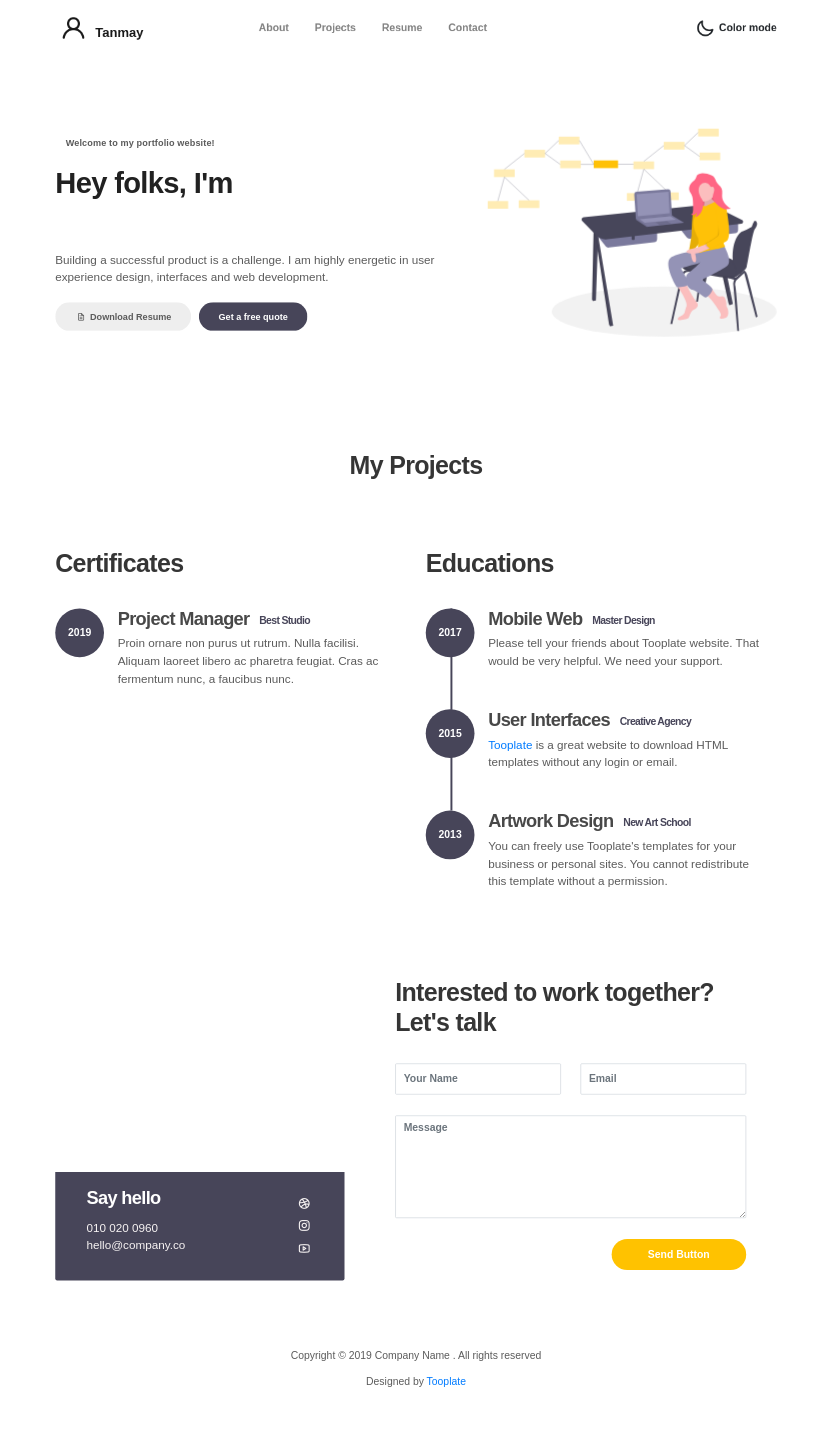
Repository: Tanmay-Kayande/Myportfolio
Page: http://localhost/myproject/
An editor plug-in stored every save of this project. The page is shown before and after the next save, followed by the edit.
The browser window is 1280 px wide. The pictures show the whole page, at 65% of full size.
Pictures or frames that could not be fetched are drawn as grey boxes. Some web fonts or font styles are not loaded; a fallback is used. The page is served by Tomcat 9. Other server files are loaded and not shown.

Above is the page before, as saved 2024-02-13 10:07:50.

### myproject/src/main/webapp/index.jsp
<!doctype html>
<%@page import="com.pojo.Projectpojo"%>
<%@page import="java.util.ArrayList"%>
<%@page import="com.dao.ProjectDao"%>
<html lang="en">
<head>
<meta charset="utf-8">
<meta name="viewport"
	content="width=device-width, initial-scale=1, shrink-to-fit=no">
<meta name="description" content="">
<meta name="author" content="">

<title>Tanmay's Portfolio</title>

<link rel="stylesheet" href="css/bootstrap.min.css">
<link rel="stylesheet" href="css/unicons.css">
<link rel="stylesheet" href="css/owl.carousel.min.css">
<link rel="stylesheet" href="css/owl.theme.default.min.css">

<!-- MAIN STYLE -->
<link rel="stylesheet" href="css/tooplate-style.css">


</head>

<%@include file="message.jsp"%>

<body>

	<!-- MENU -->
	<nav class="navbar navbar-expand-sm navbar-light">
		<div class="container">
			<a class="navbar-brand" href="index.html"><i class='uil uil-user'></i>
				Tanmay</a>

			<button class="navbar-toggler" type="button" data-toggle="collapse"
				data-target="#navbarNav" aria-controls="navbarNav"
				aria-expanded="false" aria-label="Toggle navigation">
				<span class="navbar-toggler-icon"></span> <span
					class="navbar-toggler-icon"></span> <span
					class="navbar-toggler-icon"></span>
			</button>

			<div class="collapse navbar-collapse" id="navbarNav">
				<ul class="navbar-nav mx-auto">
					<li class="nav-item"><a href="#about" class="nav-link"><span
							data-hover="About">About</span></a></li>
					<li class="nav-item"><a href="#project" class="nav-link"><span
							data-hover="Projects">Projects</span></a></li>
					<li class="nav-item"><a href="#resume" class="nav-link"><span
							data-hover="Resume">Resume</span></a></li>
					<li class="nav-item"><a href="#contact" class="nav-link"><span
							data-hover="Contact">Contact</span></a></li>
				</ul>

				<ul class="navbar-nav ml-lg-auto">
					<div class="ml-lg-4">
						<div
							class="color-mode d-lg-flex justify-content-center align-items-center">
							<i class="color-mode-icon"></i> Color mode
						</div>
					</div>
				</ul>
			</div>
		</div>
	</nav>

	<!-- ABOUT -->
	<section
		class="about full-screen d-lg-flex justify-content-center align-items-center"
		id="about">
		<div class="container">
			<div class="row">

				<div class="col-lg-7 col-md-12 col-12 d-flex align-items-center">
					<div class="about-text">
						<small class="small-text">Welcome to <span
							class="mobile-block">my portfolio website!</span></small>
						<h1 class="animated animated-text">
							<span class="mr-2">Hey folks, I'm</span>
							<div class="animated-info">
								<span class="animated-item">Tanmay Kayande</span> <span
									class="animated-item">Java Developer</span> <span
									class="animated-item">Fresher</span>
							</div>
						</h1>

						<p>Building a successful product is a challenge. I am highly
							energetic in user experience design, interfaces and web
							development.</p>

						<div class="custom-btn-group mt-4">
							<a href="#" class="btn mr-lg-2 custom-btn"><i
								class='uil uil-file-alt'></i> Download Resume</a> <a href="#contact"
								class="btn custom-btn custom-btn-bg custom-btn-link">Get a
								free quote</a>
						</div>
					</div>
				</div>

				<div class="col-lg-5 col-md-12 col-12">
					<div class="about-image svg">
						<img src="images/undraw/undraw_software_engineer_lvl5.svg"
							class="img-fluid" alt="svg image">
					</div>
				</div>

			</div>
		</div>
	</section>

	<!-- PROJECTS -->
	<section class="project py-5" id="project">
		<div class="container">

			<div class="row">
				<div class="col-lg-11 text-center mx-auto col-12">

					<div class="col-lg-8 mx-auto">
						<h2>My Projects</h2>
					</div>

					<div class="owl-carousel owl-theme">
						<!-- loop -->

						<%
						ArrayList<Object> al = new ProjectDao().read();

						for (int i = al.size() - 1; i >= 0; i--) {
							Projectpojo p = (Projectpojo) al.get(i);
						%>

						<div class="item">
							<div class="project-info">
								<img src="images/myprojects/<%=p.getFilename()%>"
									class="img-fluid" alt="project image"
									style="max-width: 900px; max-height: 500px; margin: auto; display: block;">
							</div>
						</div>

						<%
						}
						%>

						<!--  <div class="item">
                          <div class="project-info">
                            <img src="images/myprojects/2024-01-24T121206.905543200FIMO_1680350505253.jpg" class="img-fluid" alt="project image">
                          </div>
                        </div>

                        <div class="item">
                          <div class="project-info">
                            <img src="images/project/project-image03.png" class="img-fluid" alt="project image">
                          </div>
                        </div>

                        <div class="item">
                          <div class="project-info">
                            <img src="images/project/project-image04.png" class="img-fluid" alt="project image">
                          </div>
                        </div>

                        <div class="item">
                          <div class="project-info">
                            <img src="images/project/project-image05.png" class="img-fluid" alt="project image">
                          </div>
                        </div>
                      </div> -->

					</div>
				</div>
			</div>
	</section>

	<!-- FEATURES -->
	<section
		class="resume py-5 d-lg-flex justify-content-center align-items-center"
		id="resume">
		<div class="container">
			<div class="row">

				<div class="col-lg-6 col-12">
					<h2 class="mb-4">Certificates</h2>

					<div class="timeline">
						<div class="timeline-wrapper">
							<div class="timeline-yr">
								<span>2019</span>
							</div>
							<div class="timeline-info">
								<h3>
									<span>Project Manager</span><small>Best Studio</small>
								</h3>
								<p>Proin ornare non purus ut rutrum. Nulla facilisi. Aliquam
									laoreet libero ac pharetra feugiat. Cras ac fermentum nunc, a
									faucibus nunc.</p>
							</div>
						</div>

						<!-- <div class="timeline-wrapper">
							<div class="timeline-yr">
								<span>2018</span>
							</div>
							<div class="timeline-info">
								<h3>
									<span>UX Designer</span><small>Digital Ace</small>
								</h3>
								<p>Fusce rutrum augue id orci rhoncus molestie. Nunc auctor
									dignissim lacus vel iaculis.</p>
							</div>
						</div>

						<div class="timeline-wrapper">
							<div class="timeline-yr">
								<span>2016</span>
							</div>
							<div class="timeline-info">
								<h3>
									<span>UI Freelancer
								</h3>
								<p>Sed fringilla vitae enim sit amet cursus. Sed cursus
									dictum tortor quis pharetra. Pellentesque habitant morbi
									tristique senectus et netus et malesuada fames ac turpis
									egestas.</p>
							</div>
						</div>

						<div class="timeline-wrapper">
							<div class="timeline-yr">
								<span>2014</span>
							</div>
							<div class="timeline-info">
								<h3>
									<span>Junior Designer<small>Crafted Co.</small>
								</h3>
								<p>Cras scelerisque scelerisque condimentum. Nullam at
									volutpat mi. Nunc auctor ipsum eget magna consequat viverra.</p>
							</div>
						</div> -->

					</div>
				</div>

				<div class="col-lg-6 col-12">
					<h2 class="mb-4 mobile-mt-2">Educations</h2>

					<div class="timeline">
						<div class="timeline-wrapper">
							<div class="timeline-yr">
								<span>2017</span>
							</div>
							<div class="timeline-info">
								<h3>
									<span>Mobile Web</span><small>Master Design</small>
								</h3>
								<p>Please tell your friends about Tooplate website. That
									would be very helpful. We need your support.</p>
							</div>
						</div>

						<div class="timeline-wrapper">
							<div class="timeline-yr">
								<span>2015</span>
							</div>
							<div class="timeline-info">
								<h3>
									<span>User Interfaces</span><small>Creative Agency</small>
								</h3>
								<p>
									<a rel="nofollow" href="https://www.facebook.com/tooplate">Tooplate</a>
									is a great website to download HTML templates without any login
									or email.
								</p>
							</div>
						</div>

						<div class="timeline-wrapper">
							<div class="timeline-yr">
								<span>2013</span>
							</div>
							<div class="timeline-info">
								<h3>
									<span>Artwork Design</span><small>New Art School</small>
								</h3>
								<p>You can freely use Tooplate's templates for your business
									or personal sites. You cannot redistribute this template
									without a permission.</p>
							</div>
						</div>

					</div>
				</div>

			</div>
		</div>
	</section>

	<!-- CONTACT -->
	<section class="contact py-5" id="contact">
		<div class="container">
			<div class="row">

				<div class="col-lg-5 mr-lg-5 col-12">
					<div class="google-map w-100">
						<iframe
							src="https://www.google.com/maps/embed?pb=!1m18!1m12!1m3!1d12088.558402180099!2d-73.99373482142036!3d40.75895421922642!2m3!1f0!2f0!3f0!3m2!1i1024!2i768!4f13.1!3m3!1m2!1s0x89c25855b8fb3083%3A0xa0f9aef176042a5c!2sTheater+District%2C+New+York%2C+NY%2C+USA!5e0!3m2!1sen!2smm!4v1549875377188"
							width="400" height="300" frameborder="0" style="border: 0"
							allowfullscreen></iframe>
					</div>

					<div
						class="contact-info d-flex justify-content-between align-items-center py-4 px-lg-5">
						<div class="contact-info-item">
							<h3 class="mb-3 text-white">Say hello</h3>
							<p class="footer-text mb-0">010 020 0960</p>
							<p>
								<a href="mailto:hello@company.co">hello@company.co</a>
							</p>
						</div>

						<ul class="social-links">
							<li><a href="#" class="uil uil-dribbble"
								data-toggle="tooltip" data-placement="left" title="Dribbble"></a></li>
							<li><a href="#" class="uil uil-instagram"
								data-toggle="tooltip" data-placement="left" title="Instagram"></a></li>
							<li><a href="#" class="uil uil-youtube"
								data-toggle="tooltip" data-placement="left" title="Youtube"></a></li>
						</ul>
					</div>
				</div>

				<div class="col-lg-6 col-12">
					<div class="contact-form">
						<h2 class="mb-4">Interested to work together? Let's talk</h2>

						<form action="Message" method="post">
							<div class="row">
								<div class="col-lg-6 col-12">
									<input type="text" class="form-control" name="name"
										placeholder="Your Name" id="name">
								</div>

								<div class="col-lg-6 col-12">
									<input type="email" class="form-control" name="email"
										placeholder="Email" id="email">
								</div>

								<div class="col-12">
									<textarea name="message" rows="6" class="form-control"
										id="message" placeholder="Message"></textarea>
								</div>

								<div class="ml-lg-auto col-lg-5 col-12">
									<input type="submit" class="form-control submit-btn"
										value="Send Button">
								</div>
							</div>
						</form>
					</div>
				</div>

			</div>
		</div>
	</section>

	<!-- FOOTER -->
	<footer class="footer py-5">
		<div class="container">
			<div class="row">

				<div class="col-lg-12 col-12">
					<p class="copyright-text text-center">Copyright &copy; 2019
						Company Name . All rights reserved</p>
					<p class="copyright-text text-center">
						Designed by <a rel="nofollow"
							href="https://www.facebook.com/tooplate">Tooplate</a>
					</p>
				</div>

			</div>
		</div>
	</footer>

	<script src="js/jquery-3.3.1.min.js"></script>
	<script src="js/popper.min.js"></script>
	<script src="js/bootstrap.min.js"></script>
	<script src="js/Headroom.js"></script>
	<script src="js/jQuery.headroom.js"></script>
	<script src="js/owl.carousel.min.js"></script>
	<script src="js/smoothscroll.js"></script>
	<script src="js/custom.js"></script>

</body>
</html>

### myproject/src/main/webapp/message.jsp

<%
	String message =(String) session.getAttribute("msg");
	if(message!= null){

		if(message.equals("Message sent successfully")){
%>
		<h1 style="text-align: center; color: blue"><%=message %></h1>
<%
		}
		else{
%>
		<h1 style="text-align: center; color: red"><%=message %></h1>
<%
		}
	}
	session.removeAttribute("msg");
%>

### myproject/src/main/java/com/dao/InsertDao.java
package com.dao;

import java.util.ArrayList;

public interface InsertDao {

	public String Insert(ArrayList<Object> al);
}

### myproject/src/main/java/com/dao/ReadDao.java
package com.dao;

import java.util.ArrayList;

public interface ReadDao {

	public ArrayList<Object> read();
}

### myproject/src/main/java/com/dao/DeleteDao.java
package com.dao;

public interface DeleteDao {

	public String delete(int sn);
}

### myproject/src/main/java/com/dao/UpdateDao.java
package com.dao;

import java.util.ArrayList;

public interface UpdateDao {

	public String update(ArrayList<Object> al);
}

### myproject/src/main/java/com/dao/ProjectDao.java
package com.dao;

import java.sql.Connection;
import java.sql.PreparedStatement;
import java.sql.ResultSet;
import java.time.LocalDateTime;
import java.util.ArrayList;

import javax.servlet.http.Part;

import com.fileIO.ProjectIO;
import com.pojo.Projectpojo;

public class ProjectDao implements InsertDao, ReadDao, DeleteDao, UpdateDao  {

	private Connection connection;
	private String sql;
	private PreparedStatement prepareStatement;
	private int row;
	private String result;
	private ResultSet rs;

	@SuppressWarnings("finally")
	@Override
	public String Insert(ArrayList<Object> al) {

		try {

			String filename = (String) al.get(0);
			String formatname = format(filename);

			connection = ConnectionFactory.getConnection();
			connection.setAutoCommit(false);
			sql = "insert into project(filename) value (?)";
			prepareStatement = connection.prepareStatement(sql);
			prepareStatement.setString(1, formatname);
			row = prepareStatement.executeUpdate();
			if(row == 1) {
				boolean write = new ProjectIO().write(formatname,(Part) al.get(1));
				if(write==true) {

					connection.commit();
					result = "inserted";
				}
				else {
					connection.rollback();
					result = "failed";
				}
			}

		} catch (Exception e) {
			result = "failed";
			e.printStackTrace();
		} finally {

			return result;
		}
	}

	private String format(String filename) {

		String formatfilename = LocalDateTime.now().toString() + filename;
		String[] split = formatfilename.split(":");
		return split[0] + split[1] + split[2];

	}

	@SuppressWarnings("finally")
	@Override
	public ArrayList<Object> read() {

		ArrayList<Object> al = new ArrayList<>();
		try {

			connection = ConnectionFactory.getConnection();
			sql = "select * from project";
			prepareStatement = connection.prepareStatement(sql);
			rs = prepareStatement.executeQuery();
			while(rs.next()) {

				Projectpojo p = new Projectpojo(rs.getInt("sn"),rs.getString("filename"));
				al.add(p);
			}

		} catch (Exception e) {

			e.printStackTrace();
		}
		finally {

			return al;
		}

	}

	@SuppressWarnings("finally")
	public int count() {

		int no_of_projects = 0;
		try {
			connection = ConnectionFactory.getConnection();
			sql = "select count(*) as count from project";
			prepareStatement = connection.prepareStatement(sql);
			rs = prepareStatement.executeQuery();
			rs.next();
			no_of_projects = rs.getInt("count");

		} catch (Exception e) {
			e.printStackTrace();
		}
		finally {

			return no_of_projects;
		}

}

	@SuppressWarnings("finally")
	@Override
	public String delete(int sn) {

		try {

			connection = ConnectionFactory.getConnection();
			sql = "delete from project where sn = ?";
			prepareStatement = connection.prepareStatement(sql);
			prepareStatement.setInt(1, sn);
			row = prepareStatement.executeUpdate();
			if(row==1) {
				result = "deleted";
			}

		} catch (Exception e) {
			result = "failed";
			e.printStackTrace();
		}
		finally {

			return result;
		}
	}

	@SuppressWarnings("finally")
	@Override
	public String update(ArrayList<Object> al) {

		String filename = (String) al.get(3);
		String formatname = format(filename);
		try {
			connection = ConnectionFactory.getConnection();
			connection.setAutoCommit(false);
			sql = "update project set filename =? where sn =?";
			prepareStatement = connection.prepareStatement(sql);
			prepareStatement.setString(1, formatname);
			prepareStatement.setInt(2, (int) al.get(2));
			row = prepareStatement.executeUpdate();

			if(row == 1) {
				boolean update = new ProjectIO().update(formatname,(Part) al.get(1));
				if(update==true) {

					connection.commit();
					result = "updated";
				}
				else {
					connection.rollback();
					result = "failed";
				}
			}

		} catch (Exception e) {
			e.printStackTrace();
		}
		finally {

			return result;
		}
	}
}

### myproject/src/main/java/com/dao/ConnectionFactory.java
package com.dao;

import java.sql.Connection;

import com.mysql.cj.jdbc.MysqlDataSource;

public class ConnectionFactory {

	private static Connection connection;
	@SuppressWarnings("finally")
	public static Connection getConnection() {
		try {

			MysqlDataSource mysql = new MysqlDataSource();
			mysql.setUrl("jdbc:mysql://localhost:3306/myportfolio");
			mysql.setUser("root");
			mysql.setPassword("pass");

			connection = mysql.getConnection();


		} catch (Exception e) {

			e.printStackTrace();
		}
		finally {
			return connection;
		}

	}


}

Loaded but not shown: myproject/src/main/webapp/css/bootstrap.min.css (library); myproject/src/main/webapp/css/owl.carousel.min.css (library); myproject/src/main/webapp/css/owl.theme.default.min.css (common file); myproject/src/main/webapp/js/jquery-3.3.1.min.js (library); myproject/src/main/webapp/js/popper.min.js (library); myproject/src/main/webapp/js/bootstrap.min.js (library); myproject/src/main/webapp/js/Headroom.js (library); myproject/src/main/webapp/js/jQuery.headroom.js (common file); myproject/src/main/webapp/js/owl.carousel.min.js (library); myproject/src/main/webapp/images/undraw/undraw_software_engineer_lvl5.svg (1 lines, source omitted); myproject/src/main/webapp/js/smoothscroll.js (33 lines, source omitted); myproject/src/main/webapp/js/custom.js (36 lines, source omitted); myproject/src/main/webapp/css/unicons.css (1058 lines, source omitted); myproject/src/main/webapp/css/tooplate-style.css (570 lines, source omitted)

After the next save:
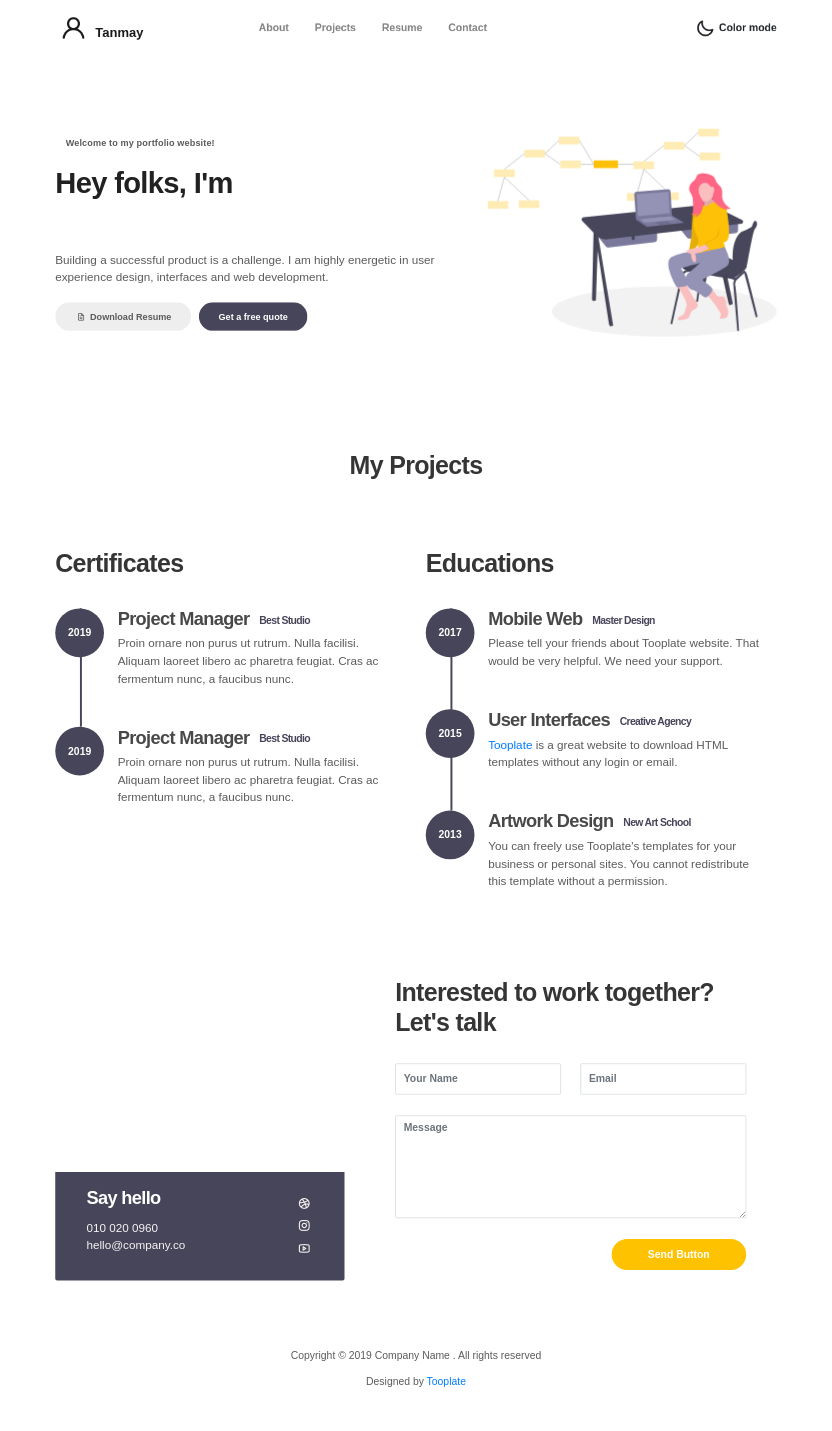
Saved 47 s later.
--- a/myproject/src/main/webapp/index.jsp
+++ b/myproject/src/main/webapp/index.jsp
@@ -196,6 +196,19 @@
 									faucibus nunc.</p>
 							</div>
 						</div>
+						<div class="timeline-wrapper">
+							<div class="timeline-yr">
+								<span>2019</span>
+							</div>
+							<div class="timeline-info">
+								<h3>
+									<span>Project Manager</span><small>Best Studio</small>
+								</h3>
+								<p>Proin ornare non purus ut rutrum. Nulla facilisi. Aliquam
+									laoreet libero ac pharetra feugiat. Cras ac fermentum nunc, a
+									faucibus nunc.</p>
+							</div>
+						</div>
 
 						<!-- <div class="timeline-wrapper">
 							<div class="timeline-yr">

After the save that followed:
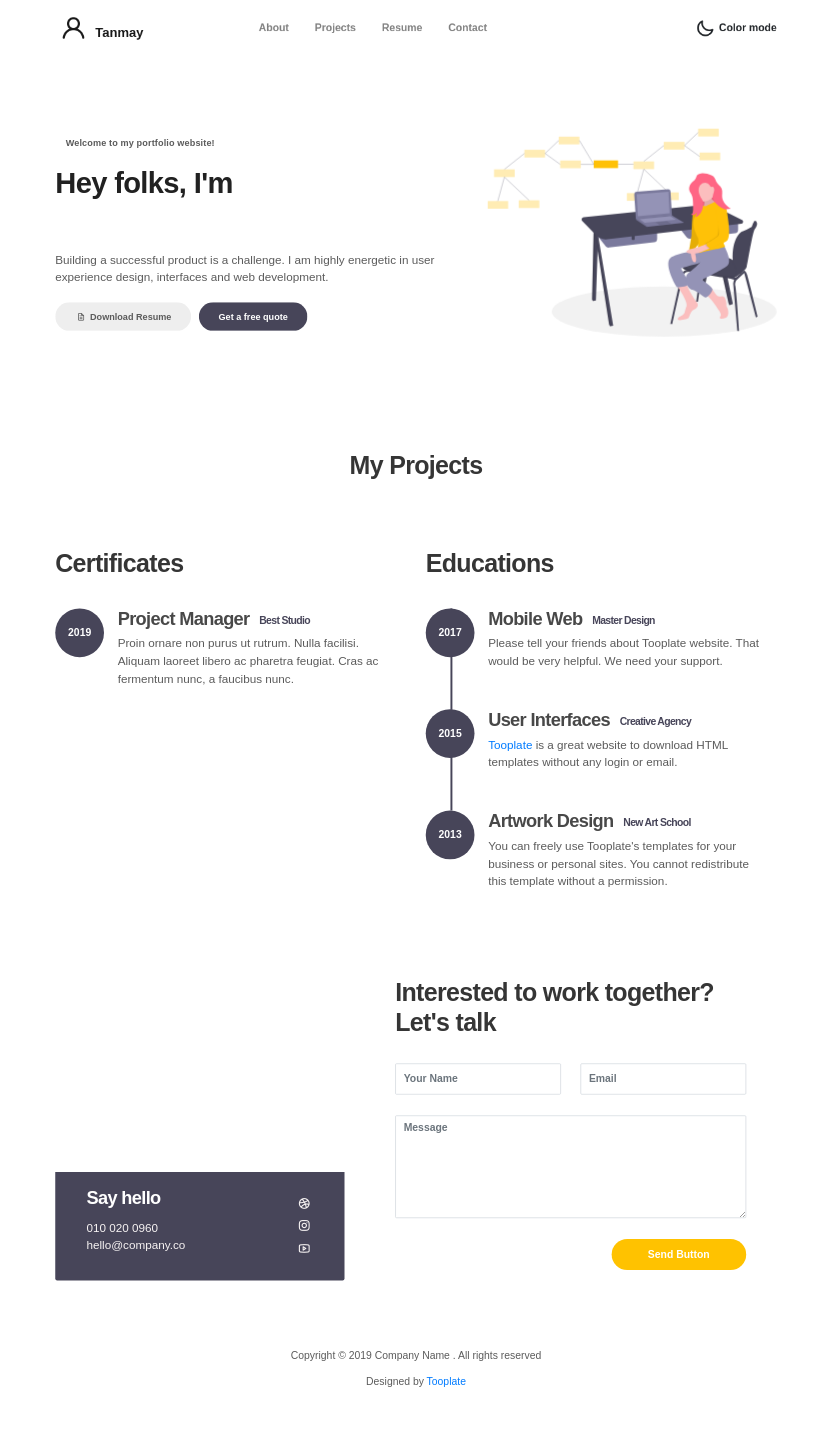
Saved 8 s later.
--- a/myproject/src/main/webapp/index.jsp
+++ b/myproject/src/main/webapp/index.jsp
@@ -196,19 +196,7 @@
 									faucibus nunc.</p>
 							</div>
 						</div>
-						<div class="timeline-wrapper">
-							<div class="timeline-yr">
-								<span>2019</span>
-							</div>
-							<div class="timeline-info">
-								<h3>
-									<span>Project Manager</span><small>Best Studio</small>
-								</h3>
-								<p>Proin ornare non purus ut rutrum. Nulla facilisi. Aliquam
-									laoreet libero ac pharetra feugiat. Cras ac fermentum nunc, a
-									faucibus nunc.</p>
-							</div>
-						</div>
+
 
 						<!-- <div class="timeline-wrapper">
 							<div class="timeline-yr">
